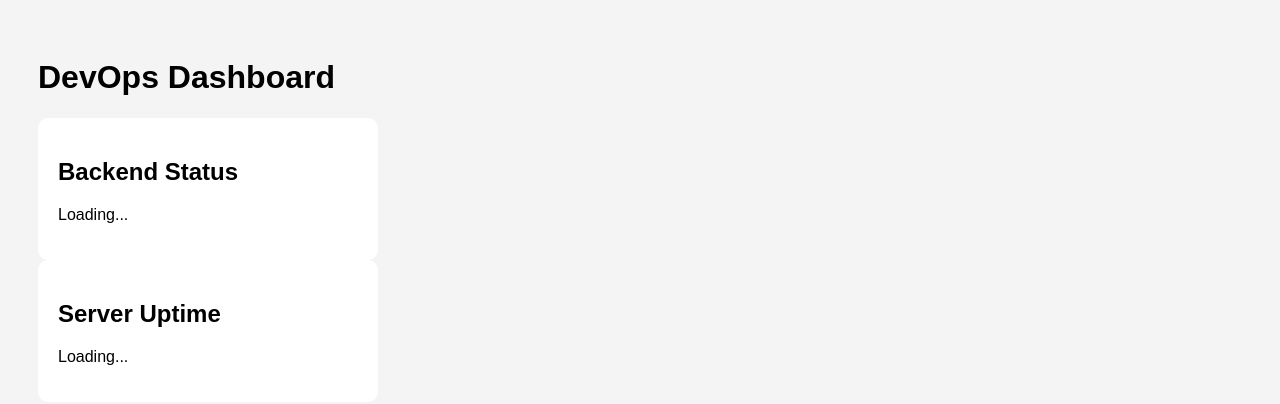
Repository: manoj-991/devops-dashboard
Page: frontend/index.html
An editor plug-in stored every save of this project. The page is shown before and after the next save, followed by the edit.
The browser window is 1280 px wide. The pictures show the whole page.

Above is the page before, as saved 2026-05-22 23:10:13.

After the next save:
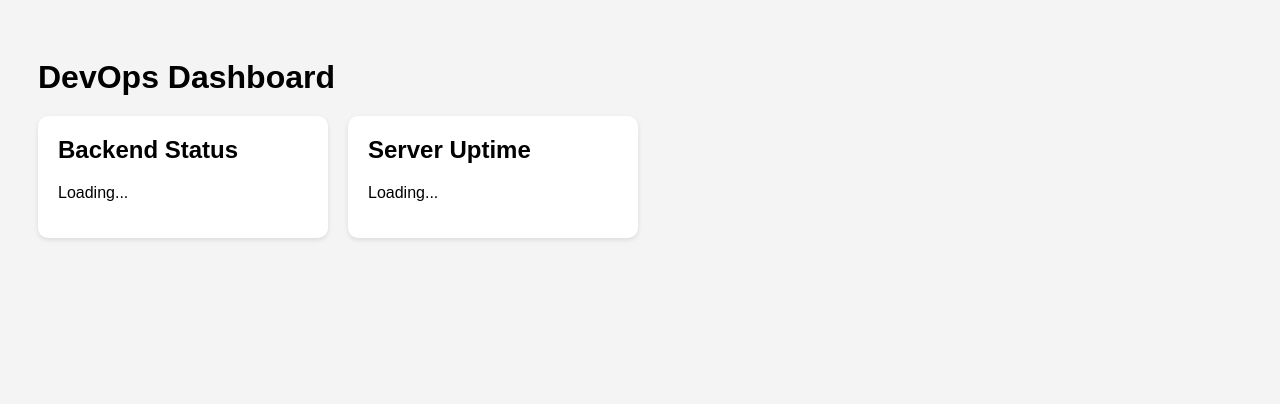
Saved 20 s later.
--- a/frontend/style.css
+++ b/frontend/style.css
@@ -1,17 +1,33 @@
 body {
+
     font-family: Arial;
     background-color: #f4f4f4;
     padding: 30px;
 }
 
+h1 {
+
+    margin-bottom: 20px;
+}
+
+.dashboard {
+
+    display: flex;
+    gap: 20px;
+    flex-wrap: wrap;
+}
+
 .card {
+
     background: white;
     padding: 20px;
-    width: 300px;
+    width: 250px;
     border-radius: 10px;
+
+    box-shadow: 0 2px 5px rgba(0,0,0,0.1);
 }
 
-button {
-    padding: 10px;
-    cursor: pointer;
+h2 {
+
+    margin-top: 0;
 }
